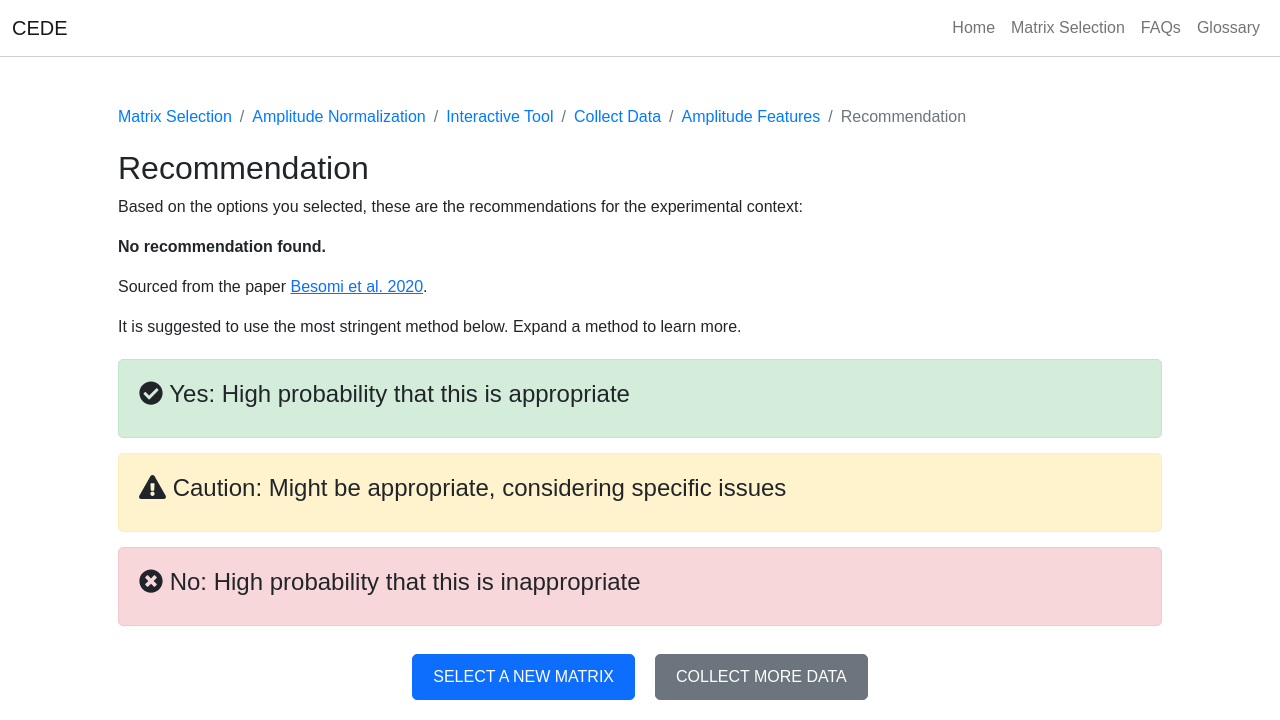
Repository: devashrisamani/CEDE-Website
Page: website/recommendation.html
The author's editor kept a copy of each file at every save. The page is drawn from the files as they stood at one save, then again after the next save.
The browser window is 1280 px wide. The pictures show the whole page.
Some web libraries are served in a nearby version.

Above is the page before, as saved 2024-06-23 14:30:41.

### website/recommendation.html
<!DOCTYPE html>
<html lang="en">
  <head>
    <meta charset="UTF-8" />
    <meta name="viewport" content="width=device-width, initial-scale=1.0" />
    <title>Recommendation</title>
    <link
      href="https://cdn.jsdelivr.net/npm/bootstrap@5.1.3/dist/css/bootstrap.min.css"
      rel="stylesheet"
    />
    <style>
      body {
        font-family: Arial, sans-serif;
        margin: 0;
        padding: 0;
        background-color: white;
      }

      #wrapper {
        width: 100%;
        text-align: center;
      }

      .navbar {
        border-bottom: 1px solid #cfcfcf;
      }

      .breadcrumb {
        background-color: white;
        margin-bottom: 20px;
      }

      .breadcrumb-item a {
        color: #007bff;
        text-decoration: none;
      }

      .breadcrumb-item a:hover {
        text-decoration: underline;
      }

      .header-title {
        margin-top: 20px;
        margin-bottom: 20px;
        text-align: left;
      }

      .recommendation-section {
        padding: 20px;
        border-radius: 5px;
        margin-bottom: 15px;
        text-align: left;
      }

      .high-probability {
        background-color: #d4edda;
        border: 1px solid #c3e6cb;
      }

      .caution {
        background-color: #fff3cd;
        border: 1px solid #ffeeba;
      }

      .low-probability {
        background-color: #f8d7da;
        border: 1px solid #f5c6cb;
      }

      .btn-container {
        margin-top: 20px;
        position: fixed;
        bottom: 20px;
        left: 50%;
        transform: translateX(-50%);
        width: 100%;
        display: flex;
        justify-content: center;
        gap: 20px;
      }

      .btn-container .btn {
        padding: 10px 20px;
        font-size: 16px;
        border-radius: 5px;
        text-transform: uppercase;
      }

      .collapse-content {
        padding-top: 10px;
      }

      .btn-link {
        text-decoration: none;
        color: inherit;
      }

      .btn-link:hover {
        text-decoration: underline;
      }
    </style>
  </head>
  <body>
    <nav class="navbar navbar-expand-lg navbar-light bg-white">
      <div class="container-fluid">
        <a class="navbar-brand" href="#">CEDE</a>
        <button
          class="navbar-toggler"
          type="button"
          data-bs-toggle="collapse"
          data-bs-target="#navbarNavAltMarkup"
          aria-controls="navbarNavAltMarkup"
          aria-expanded="false"
          aria-label="Toggle navigation"
        >
          <span class="navbar-toggler-icon"></span>
        </button>
        <div
          class="collapse navbar-collapse justify-content-end"
          id="navbarNavAltMarkup"
        >
          <div class="navbar-nav">
            <a class="nav-link" href="#">Home</a>
            <a class="nav-link" href="#">Matrix Selection</a>
            <a class="nav-link" href="#">FAQs</a>
            <a class="nav-link" href="#">Glossary</a>
          </div>
        </div>
      </div>
    </nav>

    <!-- Main Content -->
    <div class="container mt-5 px-5">
      <nav aria-label="breadcrumb">
        <ol class="breadcrumb">
          <li class="breadcrumb-item">
            <a href="index.html">Matrix Selection</a>
          </li>
          <li class="breadcrumb-item">
            <a href="amplitude.html">Amplitude Normalization</a>
          </li>
          <li class="breadcrumb-item">
            <a href="inttool.html">Interactive Tool</a>
          </li>
          <li class="breadcrumb-item">
            <a href="collectdata.html">Collect Data</a>
          </li>
          <li class="breadcrumb-item">
            <a href="collectdata.html">Amplitude Features</a>
          </li>
          <li class="breadcrumb-item active" aria-current="page">
            Recommendation
          </li>
        </ol>
      </nav>

      <div class="header-title">
        <h2>Recommendation</h2>
        <p>
          Based on the options you selected, these are the recommendations for
          the experimental context:
        </p>
        <p>
          <strong id="recommendation-text">
            <!-- Recommendation will be displayed here -->
          </strong>
        </p>
        <p>
          Sourced from the paper
          <a href="https://pubmed.ncbi.nlm.nih.gov/32569878/" target="_blank"
            >Besomi et al. 2020</a
          >.
        </p>
        <p>
          It is suggested to use the most stringent method below. Expand a
          method to learn more.
        </p>
      </div>

      <div class="recommendation-section high-probability">
        <h4>
          <i class="fa fa-check-circle" aria-hidden="true"></i> Yes: High
          probability that this is appropriate
        </h4>
        <div id="high-probability-methods" class="accordion"></div>
      </div>

      <div class="recommendation-section caution">
        <h4>
          <i class="fa fa-exclamation-triangle" aria-hidden="true"></i> Caution:
          Might be appropriate, considering specific issues
        </h4>
        <div id="caution-methods" class="accordion"></div>
      </div>

      <div class="recommendation-section low-probability">
        <h4>
          <i class="fa fa-times-circle" aria-hidden="true"></i> No: High
          probability that this is inappropriate
        </h4>
        <div id="low-probability-methods" class="accordion"></div>
      </div>

      <div class="btn-container">
        <button class="btn btn-primary" onclick="location.href='index.html'">
          Select a New Matrix
        </button>
        <button
          class="btn btn-secondary"
          onclick="location.href='collectdata.html'"
        >
          Collect More Data
        </button>
      </div>
    </div>

    <script>
      document.addEventListener("DOMContentLoaded", function () {
        const recommendation = localStorage.getItem("recommendation");

        // Example methods data
        const methodsData = {
          "Experimental context 1: Amplitude comparison within a person and muscle, between conditions/tasks (within a session). *Without removing electrodes (1.1 - 1.6)":
            {
              high: [
                {
                  title:
                    "Normalization to the maximum voluntary contraction (MVC) in the same task/context as the task of interest (with matched contraction type*, muscle length/joint angle, and/or velocity) *isometric; concentric; eccentric.",
                  content:
                    'Normalizing to maximum voluntary contraction (MVC) provides a relative value useful to compare the magnitude of muscle activity in different tasks or conditions. This represents the activity as a proportion of the maximum capacity of the muscle, as long as the normalization contraction is collected in the same position, velocity, and contraction types as the task of interest. <a href="method.html">See More</a>',
                },
                {
                  title:
                    "Normalization to a standardized isometric maximum voluntary contraction (MVC) when it is not possible to match all aspects of the task of interest (e.g., multiple tasks or muscles investigated, complex task).",
                  content: "Additional information about this method.",
                },
                {
                  title:
                    "Normalization to the peak or mean EMG amplitude during the task investigated. <em>For comparisons between conditions (e.g., pre-post intervention in a single session) for a single task (e.g., running).</em>",
                  content: "Additional information about this method.",
                },
                {
                  title: "Non-normalized EMG amplitude.",
                  content: "Additional information about this method.",
                },
              ],
              caution: [
                {
                  title:
                    "Normalization to a standardized submaximal task (isometric/dynamic) that has similar characteristics to the task of interest.",
                  content: "Additional information about this method.",
                },
                {
                  title:
                    "Normalization to the peak or mean EMG amplitude during the task investigated. <em>For comparisons between tasks (e.g., walking vs. running).</em>",
                  content: "Additional information about this method.",
                },
              ],
              low: [
                {
                  title: "Normalized to the maximal M-wave amplitude.",
                  content: "Additional information about this method.",
                },
              ],
            },
          // Add other experimental contexts here if needed
        };

        function updateMethods(methods, elementId) {
          const element = document.getElementById(elementId);
          element.innerHTML = methods
            .map(
              (method, index) => `
            <div class="card">
              <div class="card-header" id="${elementId}Heading${index}">
                <h5 class="mb-0">
                  <button
                    class="btn btn-link collapsed"
                    data-bs-toggle="collapse"
                    data-bs-target="#${elementId}Collapse${index}"
                    aria-expanded="false"
                    aria-controls="${elementId}Collapse${index}"
                  >
                    ${method.title}
                  </button>
                </h5>
              </div>
              <div
                id="${elementId}Collapse${index}"
                class="collapse"
                aria-labelledby="${elementId}Heading${index}"
                data-parent="#${elementId}"
              >
                <div class="card-body">
                  ${method.content}
                </div>
              </div>
            </div>
          `
            )
            .join("");
        }

        if (recommendation && methodsData[recommendation]) {
          document.getElementById("recommendation-text").innerText =
            recommendation;
          updateMethods(
            methodsData[recommendation].high,
            "high-probability-methods"
          );
          updateMethods(methodsData[recommendation].caution, "caution-methods");
          updateMethods(
            methodsData[recommendation].low,
            "low-probability-methods"
          );
        } else {
          document.getElementById("recommendation-text").innerText =
            "No recommendation found.";
        }
      });
    </script>
    <script src="https://code.jquery.com/jquery-3.5.1.slim.min.js"></script>
    <script src="https://cdn.jsdelivr.net/npm/@popperjs/core@2.5.4/dist/umd/popper.min.js"></script>
    <script src="https://cdn.jsdelivr.net/npm/bootstrap@5.1.3/dist/js/bootstrap.bundle.min.js"></script>
    <script src="https://use.fontawesome.com/releases/v5.15.1/js/all.js"></script>
  </body>
</html>

After the next save:
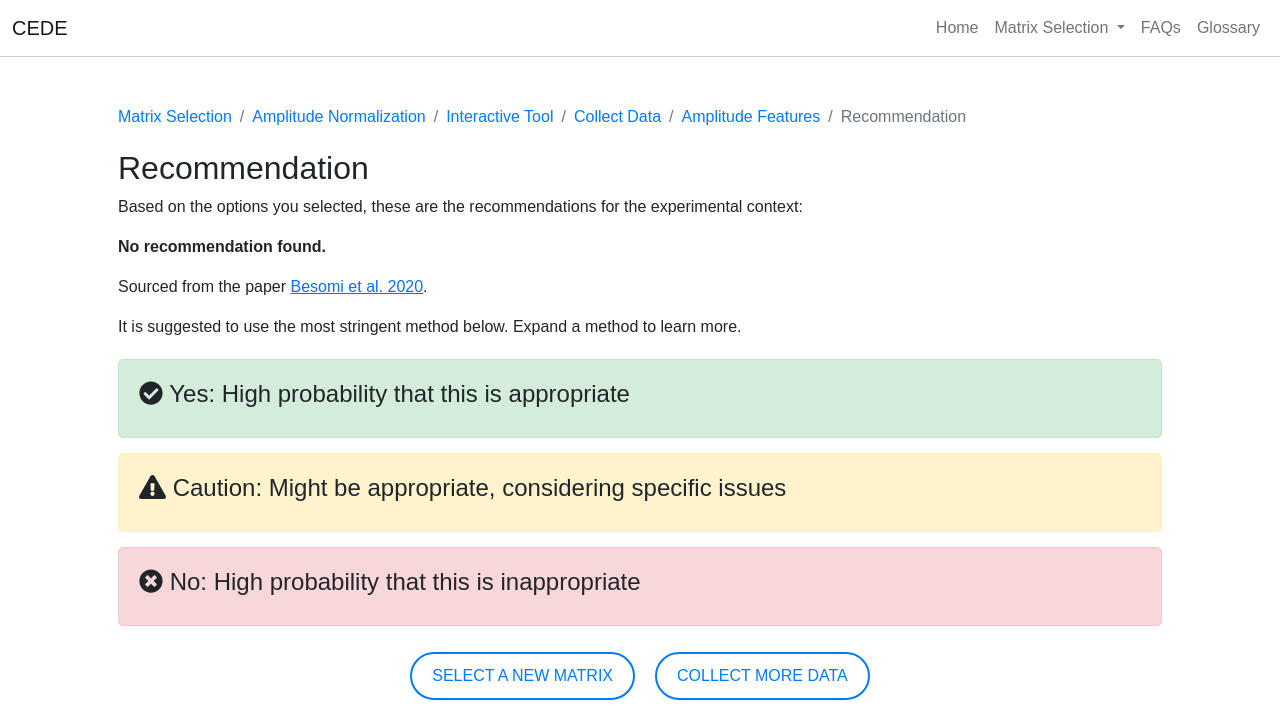
Saved 20 h 13 min later.
--- a/website/recommendation.html
+++ b/website/recommendation.html
@@ -49,7 +49,6 @@
         padding: 20px;
         border-radius: 5px;
         margin-bottom: 15px;
-        text-align: left;
       }
 
       .high-probability {
@@ -82,8 +81,16 @@
       .btn-container .btn {
         padding: 10px 20px;
         font-size: 16px;
-        border-radius: 5px;
+        border-radius: 30px;
+        border: 2px solid #007bff;
+        background-color: white;
+        color: #007bff;
         text-transform: uppercase;
+      }
+
+      .btn-container .btn:hover {
+        background-color: #e0e0e0;
+        color: #007bff;
       }
 
       .collapse-content {
@@ -97,6 +104,15 @@
 
       .btn-link:hover {
         text-decoration: underline;
+      }
+
+      .card-body {
+        text-align: left;
+      }
+
+      .card-header .btn-link {
+        text-align: left;
+        width: 100%;
       }
     </style>
   </head>
@@ -121,8 +137,39 @@
         >
           <div class="navbar-nav">
             <a class="nav-link" href="#">Home</a>
-            <a class="nav-link" href="#">Matrix Selection</a>
-            <a class="nav-link" href="#">FAQs</a>
+            <div class="nav-item dropdown">
+              <a
+                class="nav-link dropdown-toggle"
+                href="#"
+                id="matrixSelectionDropdown"
+                role="button"
+                data-bs-toggle="dropdown"
+                aria-expanded="false"
+              >
+                Matrix Selection
+              </a>
+              <ul
+                class="dropdown-menu"
+                aria-labelledby="matrixSelectionDropdown"
+              >
+                <li>
+                  <a class="dropdown-item" href="amplitude.html"
+                    >Amplitude Normalization</a
+                  >
+                </li>
+                <li>
+                  <a class="dropdown-item" href="#">Electrode Selection</a>
+                </li>
+                <li><a class="dropdown-item" href="#">Terminology</a></li>
+                <li>
+                  <a class="dropdown-item" href="#"
+                    >High-density surface electromyograph</a
+                  >
+                </li>
+                <li><a class="dropdown-item" href="#">Single Motor Unit</a></li>
+              </ul>
+            </div>
+            <a class="nav-link" href="faq.html">FAQs</a>
             <a class="nav-link" href="#">Glossary</a>
           </div>
         </div>
@@ -202,13 +249,10 @@
       </div>
 
       <div class="btn-container">
-        <button class="btn btn-primary" onclick="location.href='index.html'">
+        <button class="btn" onclick="location.href='index.html'">
           Select a New Matrix
         </button>
-        <button
-          class="btn btn-secondary"
-          onclick="location.href='collectdata.html'"
-        >
+        <button class="btn" onclick="location.href='collectdata.html'">
           Collect More Data
         </button>
       </div>
